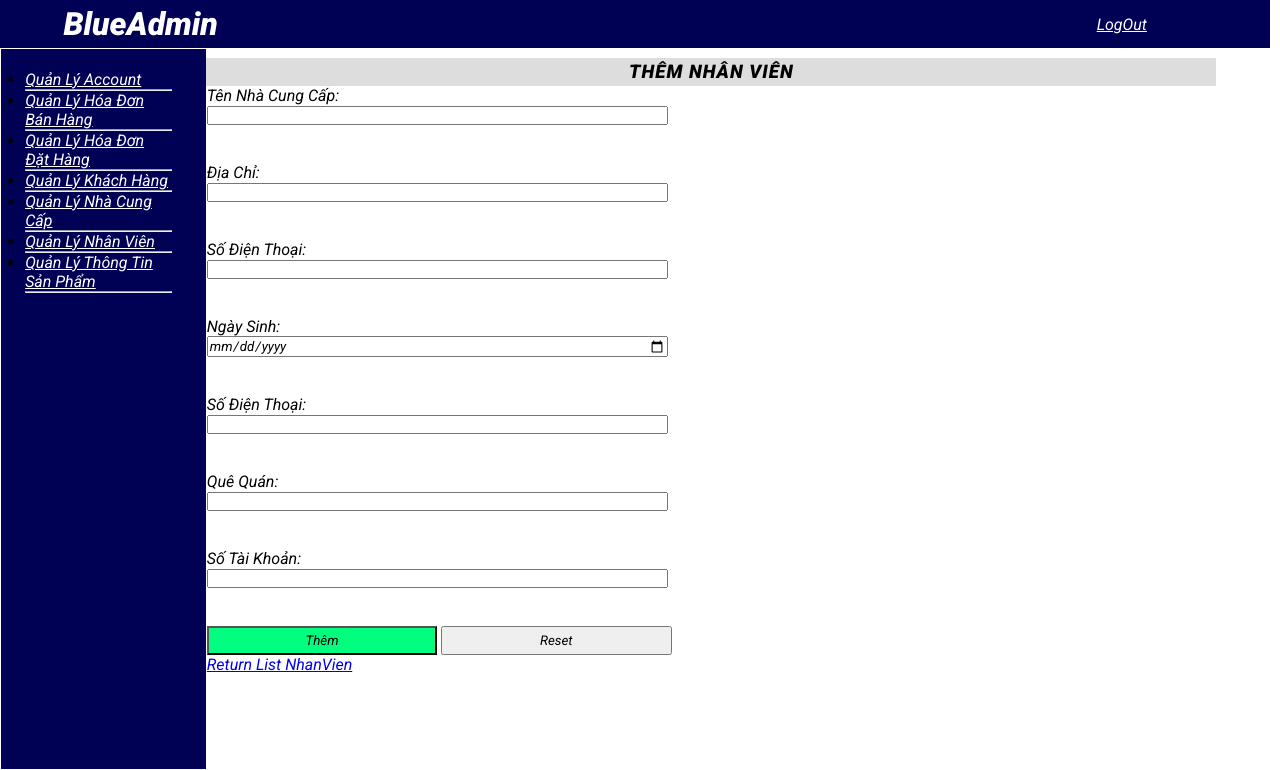
Repository: ngan429/WebsiteLaptop
Page: http://localhost/WebsiteLapTop/viewsnhanvien/InsertNhaCungCapDB.jsp
An editor plug-in stored every save of this project. The page is shown before and after the next save, followed by the edit.
The browser window is 1280 px wide. The pictures show the whole page.
Some web libraries are served in a nearby version. The page is served by Tomcat 9. Nobody is signed in. The application's start-up code is not run.

Above is the page before, as saved 2021-12-01 19:45:49.
Console error: SyntaxError: Invalid or unexpected token
Not found: DoAnLapTop/WebsiteLapTop/WebsiteLapTop/css/

After the next save:
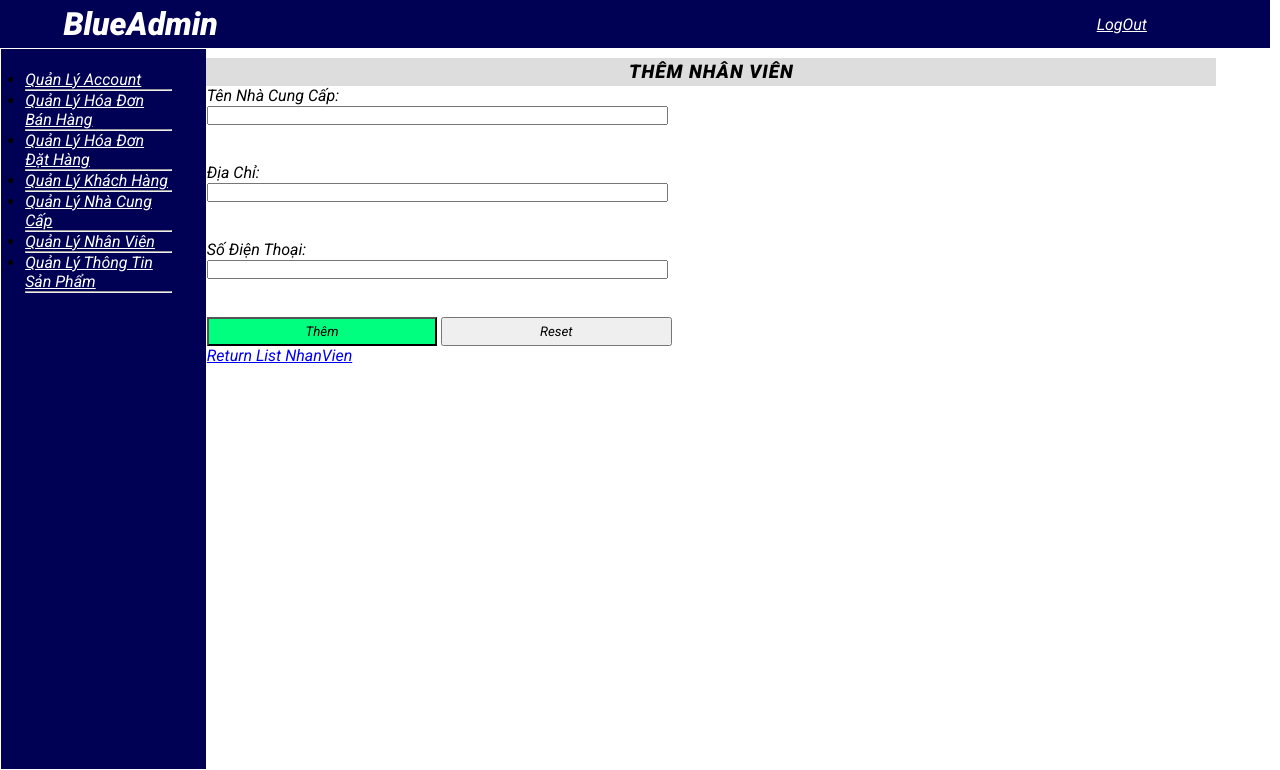
Saved 10 s later.
--- a/DoAnLapTop/WebsiteLapTop/WebContent/viewsnhanvien/InsertNhaCungCapDB.jsp
+++ b/DoAnLapTop/WebsiteLapTop/WebContent/viewsnhanvien/InsertNhaCungCapDB.jsp
@@ -110,23 +110,7 @@
 						id="dienThoai" name="dienThoai" class="form-control"> <br />
 					<br />
 					<br />
-					 <label for="NgaySinh">Ngày Sinh:</label> <br />
-					<input type="date" id="NgaySinh" name="NgaySinh" class="form-control">
-					<br />
-					<br />
-					<br /> <label for="SDT">Số Điện Thoại:</label> <br />
-					<input type="text" id="SDT" name="SDT"
-						class="form-control"> <br />
-					<br />
-					<br /> <label for="QueQuan">Quê Quán:</label> <br />
-					<input type="text" id="QueQuan" name="QueQuan" class="form-control">
-					<br />
-					<br />
-					<br /> <label for="STK">Số Tài Khoản:</label> <br />
-					<input type="text" id="STK" name="STK" class="form-control">
-					<br />
-					<br />
-					<br />
+
 
 					<button style="background-color: springgreen;" type="submit">Thêm</button>
 					<button type="reset">Reset</button><br />
